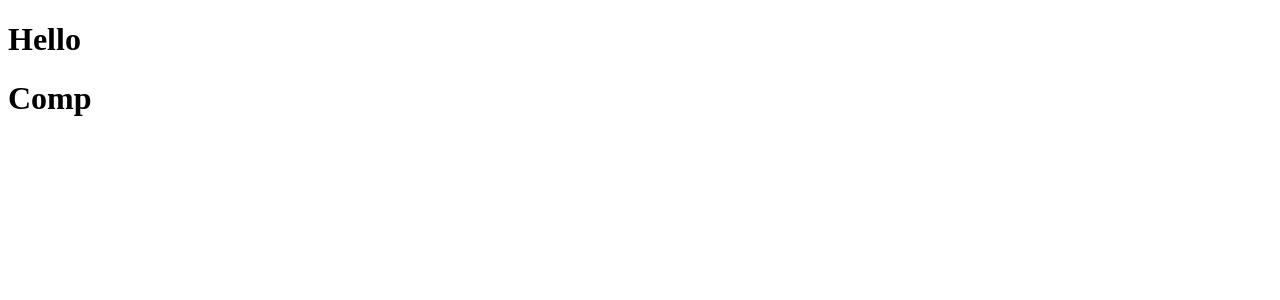
Repository: ARUN-YERRAM/REACTLEARNING
Page: / (app in REACTT/ViteProject/)
The author's editor kept a copy of each file at every save. The page is drawn from the files as they stood at one save, then again after a run of saves.
The browser window is 1280 px wide. The pictures show the whole page.
The project was rebuilt for these pictures with package versions that can differ from the ones it lists, and the page was loaded fresh each time. Also part of the build but not shown: REACTT/ViteProject/vite.config.js.

Above is the page before, as saved 2024-03-20 08:50:01.

### REACTT/ViteProject/src/main.jsx
// import React from 'react'
import ReactDOM from 'react-dom/client'
import App from './App.jsx'


// function MyApp(){
//   return (
//     <div>
//       <h1> Custom App!</h1>
//     </div>
//   )
// }

// const ReactElement = {
//   type:'a',
//   props:{
//       href:'https://google.com',
//       target:'_blank'
//   },
//   children : 'Click me to visit google'
// }


// const anotherElement = (
  // <a href="http://google.com" target='_blank'>Google</a>
//
// )

// const reactElement = React.createElement('a',{href:'http://google.com',target:'_blank'},
// 'click me to visit google'
  // )

ReactDOM.createRoot(document.getElementById('root'))
.render(
  // <React.StrictMode>
    // ReactElement
    // anotherElement
    // reactElement
  // </React.StrictMode>,
    <App/>
)

### REACTT/ViteProject/src/App.jsx

import Comp from "./Comp"
function App() {
  const username = "Arun Yerram"
  return (
    <>
    <h1> Hello</h1>
    <Comp/>
    </>
  )
}

export default App;

### REACTT/ViteProject/src/Comp.js
function Comp(){

    return (
        <>
            <h1> Comp</h1>
        </>
    )
}
export default Comp;

Loaded but not shown: REACTT/ViteProject/index.html (common file)

After the next 3 saves:
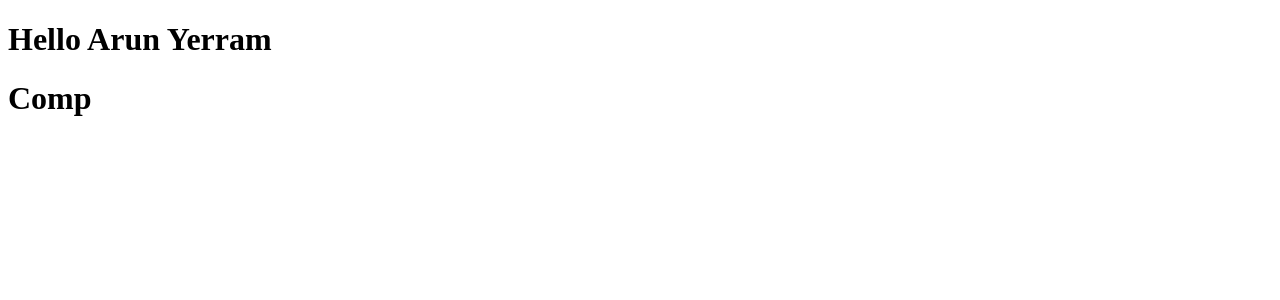
The 3 saves are shown as one change because they came seconds apart.
The last was saved 10 s later.
--- a/REACTT/ViteProject/src/App.jsx
+++ b/REACTT/ViteProject/src/App.jsx
@@ -4,7 +4,7 @@
   const username = "Arun Yerram"
   return (
     <>
-    <h1> Hello</h1>
+    <h1> Hello {username}</h1>
     <Comp/>
     </>
   )
